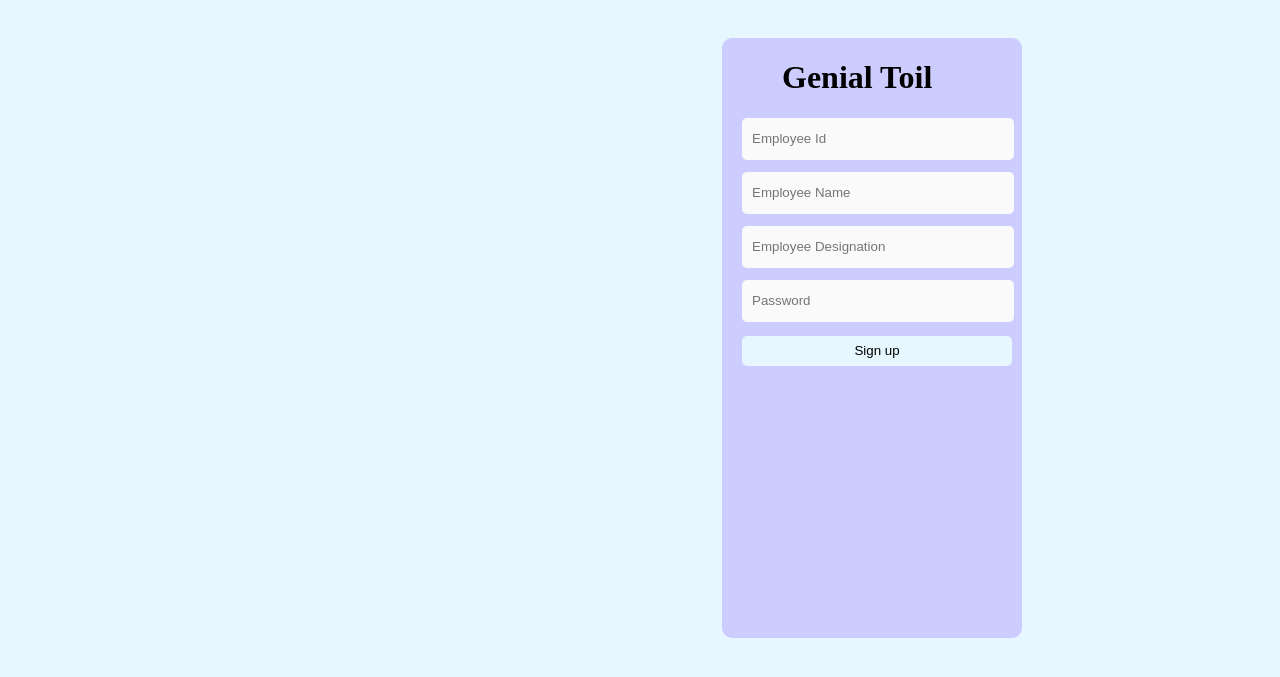
Repository: robin9533/Basic-Programs-App.
Page: GW-Genial Work Proj/GT_GenialToil/WebContent/EmployeeSignup.html
An editor plug-in stored every save of this project. The page is shown before and after the next save, followed by the edit.
The browser window is 1280 px wide. The pictures show the whole page.

Above is the page before, as saved 2019-05-10 10:05:28.

### GW-Genial Work Proj/GT_GenialToil/WebContent/EmployeeSignup.html
<!DOCTYPE html>
<html>
<head>
<meta charset="ISO-8859-1">
<title>Employee Registration Form</title>
<link rel="Stylesheet" type="text/css" href="EmployeeSignup.css">
</head>
<body>

	<div class="registrationblock">
		<h1>
			Genial Toil
			</h1>
				<Form action="EmployeeSignupServlet">

					<input type="text" name="empId" placeholder="Employee Id">
					<input type="text" name="empName" placeholder="Employee Name">
					<input type="text" name="empDes" placeholder="Employee Designation">
					<input type="password" name="empPass" placeholder="Password">
					<button type="button">Sign up</button>

				</Form>
	</div>

</body>
</html>

### GW-Genial Work Proj/GT_GenialToil/WebContent/EmployeeSignup.css
@charset "ISO-8859-1";

body{
	background-color: #e6f7ff;
}
.registrationblock {
	height:600px;
	width: 300px;
	float:right;
	margin-top: 30px;
	margin-right: 250px;
	border-radius:10px;
	border:0px solid black;
	background-color: #ccccff;

}
.registrationblock input{
	width: 260px;
	height:40px;
	margin-bottom:12px;
	margin-left:20px;
	background: #fafafa;
	border: none;
	border:0px solid gray;
	border-radius: 5px;
	padding-left: 10px;
}
.registrationblock button{
	width:270px;
	height:30px;
	margin-left:20px;
	margin-top:2px;
	text-align: center;
	cursor: pointer;
	background:#e6f7ff;
	border-radius:5px;
	border: 0px solid #3897F0;
	}
.registrationblock h1{
	margin-left: 60px;
	cursor: default;
	}

After the next save:
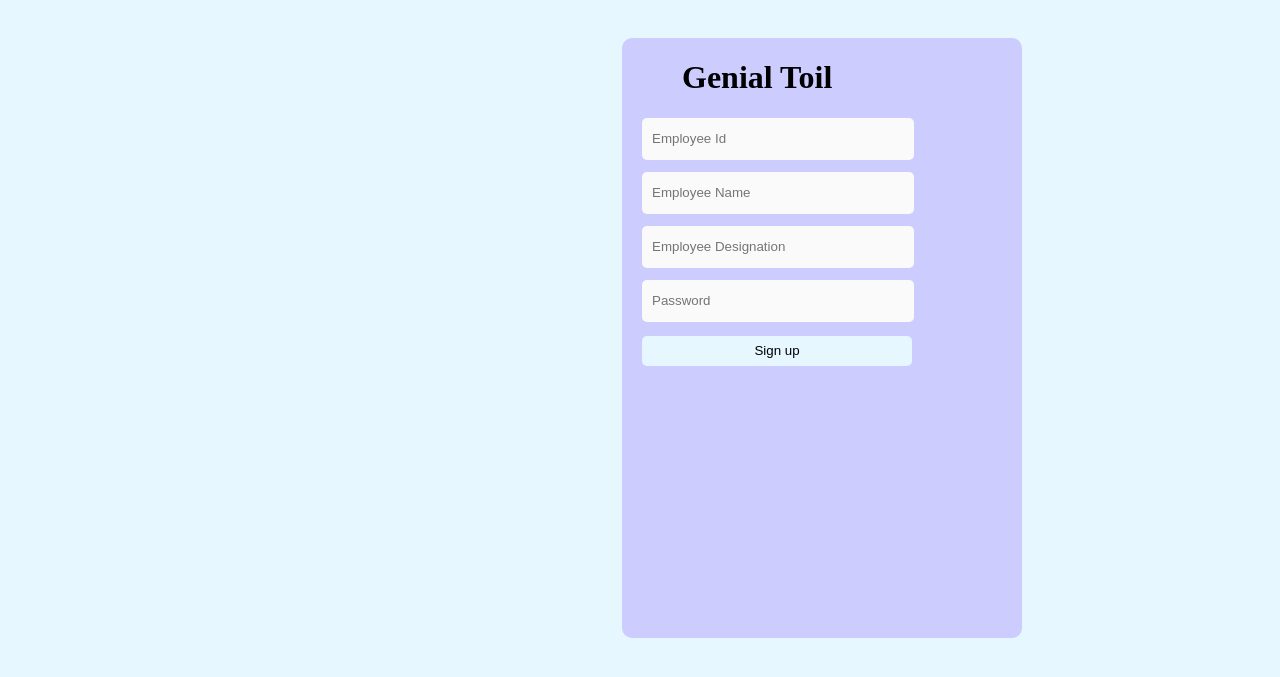
Saved 4 s later.
--- a/GW-Genial Work Proj/GT_GenialToil/WebContent/EmployeeSignup.css
+++ b/GW-Genial Work Proj/GT_GenialToil/WebContent/EmployeeSignup.css
@@ -5,7 +5,7 @@ body{
 }
 .registrationblock {
 	height:600px;
-	width: 300px;
+	width: 400px;
 	float:right;
 	margin-top: 30px;
 	margin-right: 250px;
